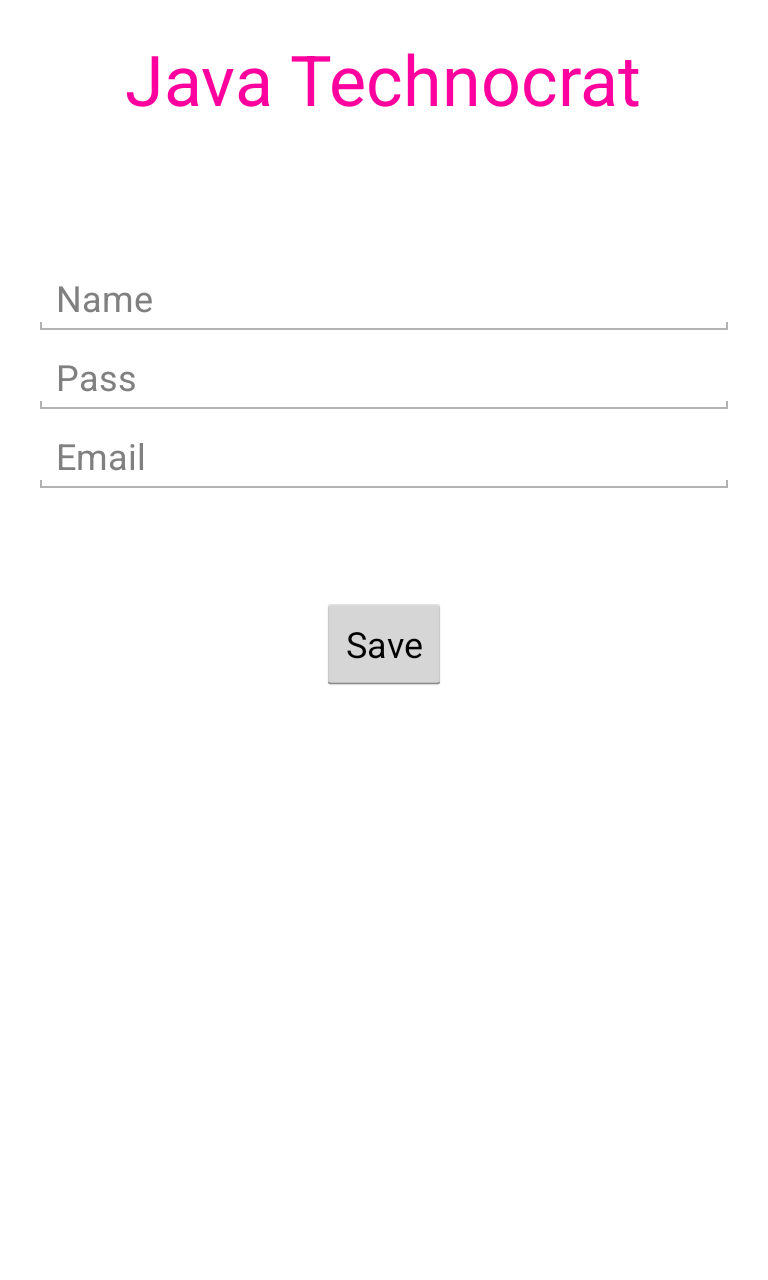
Repository: yashmoda/Android-Practice
Layout: SharedPreferenceDemo/res/layout/activity_main.xml
These files come from the project's save history. The layout is drawn as it stood at one moment and after the next save; the edit follows.
It is drawn on a 768 x 1280 px phone screen (xhdpi) without system bars, with theme AppTheme; the app's code is not run. The app's manifest (not shown) leaves right-to-left support off. So textAlignment, textDirection and layoutDirection are ignored, and left and right values win over start and end ones.

Above is the layout before, as saved 2017-06-15 05:03:14.

### SharedPreferenceDemo/res/layout/activity_main.xml
<RelativeLayout xmlns:android="http://schemas.android.com/apk/res/android"
    xmlns:tools="http://schemas.android.com/tools"
    android:layout_width="match_parent"
    android:layout_height="match_parent"
    android:paddingBottom="@dimen/activity_vertical_margin"
    android:paddingLeft="@dimen/activity_horizontal_margin"
    android:paddingRight="@dimen/activity_horizontal_margin"
    android:paddingTop="@dimen/activity_vertical_margin"
    tools:context="com.example.sharedpreferencedemo.MainActivity" >


   <TextView
      android:layout_width="wrap_content"
      android:layout_height="wrap_content"
      android:text="Java Technocrat"
      android:id="@+id/textView2"
      android:layout_below="@+id/textView"
      android:layout_centerHorizontal="true"
      android:textSize="35dp"
      android:textColor="#ff009f" />

   <EditText
      android:layout_width="wrap_content"
      android:layout_height="wrap_content"
      android:id="@+id/editText"
      android:layout_below="@+id/textView2"
      android:layout_marginTop="67dp"
      android:hint="Name"
      android:layout_alignParentRight="true"
      android:layout_alignParentEnd="true"
      android:layout_alignParentLeft="true"
      android:layout_alignParentStart="true" />

   <EditText
      android:layout_width="wrap_content"
      android:layout_height="wrap_content"
      android:id="@+id/editText2"
      android:layout_below="@+id/editText"
      android:layout_alignParentLeft="true"
      android:layout_alignParentStart="true"
      android:layout_alignParentRight="true"
      android:layout_alignParentEnd="true"
      android:hint="Pass" />

   <EditText
      android:layout_width="wrap_content"
      android:layout_height="wrap_content"
      android:id="@+id/editText3"
      android:layout_below="@+id/editText2"
      android:layout_alignParentLeft="true"
      android:layout_alignParentStart="true"
      android:layout_alignParentRight="true"
      android:layout_alignParentEnd="true"
      android:hint="Email" />

   <Button
      android:layout_width="wrap_content"
      android:layout_height="wrap_content"
      android:text="Save"
      android:id="@+id/button"
      android:layout_below="@+id/editText3"
      android:layout_centerHorizontal="true"
      android:layout_marginTop="50dp" />

</RelativeLayout>

Loaded but not shown: SharedPreferenceDemo/res/values/styles.xml (common file); SharedPreferenceDemo/res/values-v11/styles.xml (common file); SharedPreferenceDemo/res/values-v14/styles.xml (common file); SharedPreferenceDemo/res/values/dimens.xml (common file); SharedPreferenceDemo/res/values-w820dp/dimens.xml (common file)

After the next save:
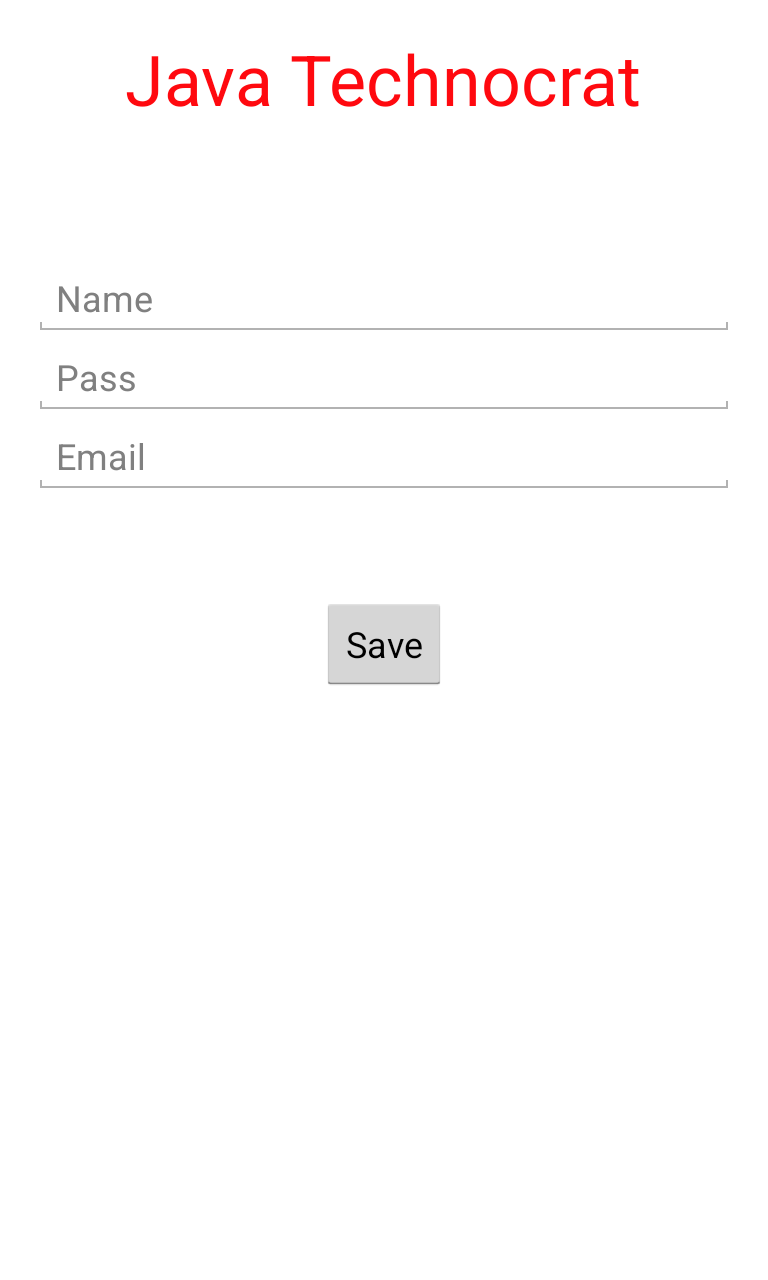
Saved 9 s later.
--- a/SharedPreferenceDemo/res/layout/activity_main.xml
+++ b/SharedPreferenceDemo/res/layout/activity_main.xml
@@ -17,7 +17,7 @@
       android:layout_below="@+id/textView"
       android:layout_centerHorizontal="true"
       android:textSize="35dp"
-      android:textColor="#ff009f" />
+      android:textColor="#ff090f" />
 
    <EditText
       android:layout_width="wrap_content"
